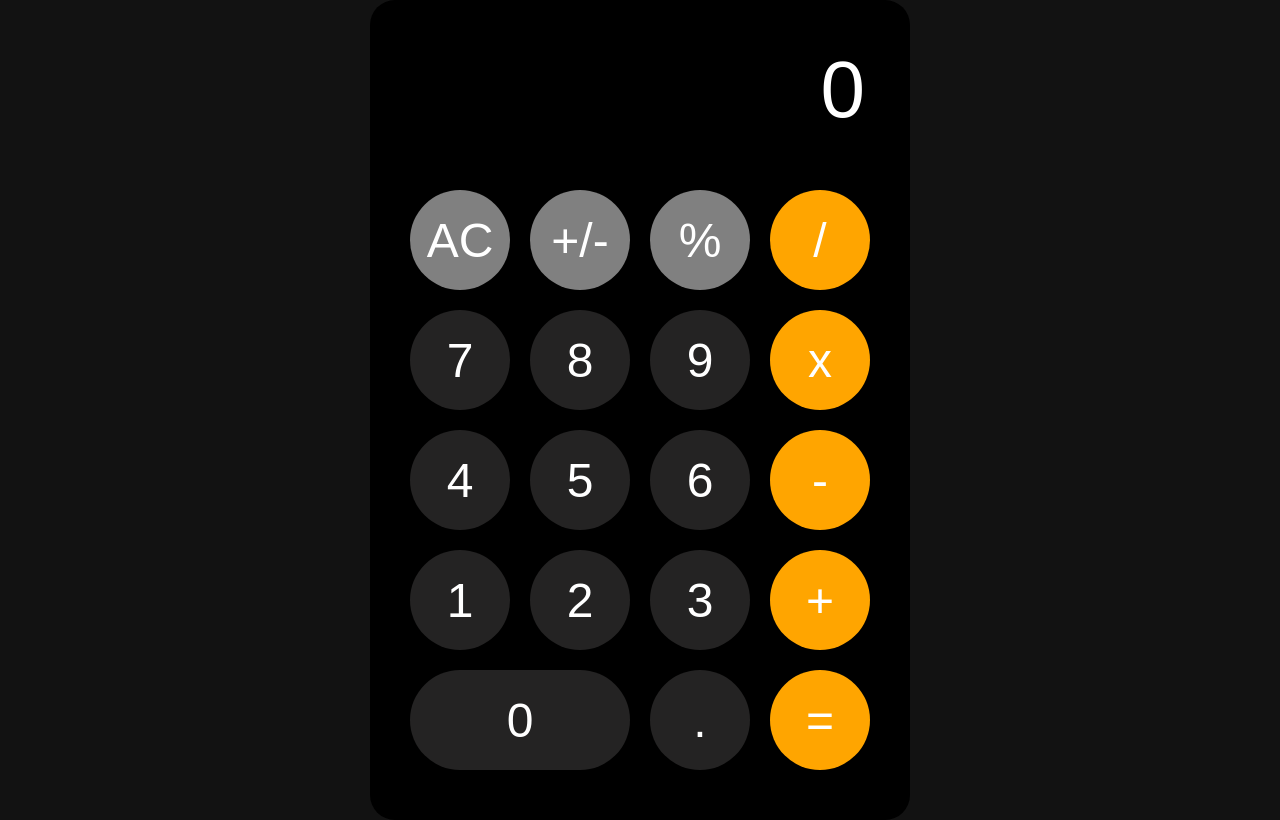
Repository: EguJaredoBoyd/IgHub
Page: mId-week-project/index.html
An editor plug-in stored every save of this project. The page is shown before and after the next save, followed by the edit.
The browser window is 1280 px wide. The pictures show the whole page.

Above is the page before, as saved 2025-03-01 21:37:46.

### mId-week-project/index.html
<!DOCTYPE html>
<html lang="en">
<head>
    <meta charset="UTF-8">
    <meta name="viewport" content="width=device-width, initial-scale=1.0">
    <title>Document</title>
    <link rel="stylesheet" href="./styles.css">
    <script src="./script-two.js" defer></script>
</head>
<body>

    <div id="calculator" >
        <input id="display" readonly>
        <div id="keys">
            <button onclick="clearDisplay()"class="signs">AC</button>
            <button onclick="appendToDisplay('+/-')" class="signs">+/-</button>
            <button onclick="appendToDisplay('%')" class="signs">%</button>
            <button onclick="appendToDisplay('/')" class="operator-btn">/</button>
            <button onclick="appendToDisplay('7')">7</button>
            <button onclick="appendToDisplay('8')">8</button>
            <button onclick="appendToDisplay('9')">9</button>
            <button onclick="appendToDisplay('*')"class="operator-btn">x</button>
            <button onclick="appendToDisplay('4')">4</button>
            <button onclick="appendToDisplay('5')">5</button>
            <button onclick="appendToDisplay('6')">6</button>
            <button onclick="appendToDisplay('-')"class="operator-btn">-</button>
            <button onclick="appendToDisplay('1')">1</button>
            <button onclick="appendToDisplay('2')">2</button>
            <button onclick="appendToDisplay('3')">3</button>
            <button onclick="appendToDisplay('+')"class="operator-btn">+</button>
            <button onclick="appendToDisplay('0')" class="zero">0</button>
            <button onclick="appendToDisplay('.')">.</button>
            <button onclick="calculate()"class="operator-btn">=</button>
        </div>
    </div>

</body>
</html>

### mId-week-project/styles.css
/* Base styles for all screen sizes */
body {
    margin: 0;
    padding: 0;
    display: flex;
    justify-content: center;
    align-items: center;
    min-height: 100vh;
    /* Ensures full viewport height */
    background-color: #121212;
    overflow: hidden;
    /* Prevents unwanted scrolling */
}

#calculator {
    display: flex;
    flex-direction: column;
    align-items: center;
    justify-content: space-between;
    max-width: 500px;
    width: 90%;
    padding: 20px;
    background-color: black;
    border-radius: 25px;
    overflow: hidden;
}

#display {
    width: 90%;
    height: 100px;
    /* Ensuring enough space */
    padding: 20px;
    font-size: 5rem;
    text-align: right;
    border: none;
    background-color: black;
    color: white;
}

/* Button Styling */
button {
    width: 100px;
    height: 100px;
    border: none;
    background-color: rgb(36, 35, 35);
    color: white;
    font-size: 3rem;
    font-weight: lighter;
    cursor: pointer;
    border-radius: 50%;
    /* Ensuring all buttons (except zero) stay circular */
}

#keys {
    display: grid;
    grid-template-columns: repeat(4, 1fr);
    gap: 20px;
    padding: 30px;
}

#keys button.zero {
    grid-column: 1 / span 2;
    width: 100%;
    border-radius: 50px;
}

/* Button Interaction */
button:hover {
    background-color: gray;
}

button:active {
    background-color: white;
}

/* Special button colors */
.operator-btn {
    background-color: orange;
}

.signs {
    background-color: gray;
}

/* Responsive Design: Scaling down properly for smaller screens */
@media (max-width: 768px) {
    button {
        width: 80px;
        height: 80px;
        font-size: 2.5rem;
    }

    #calculator {
        max-width: 400px;
        padding: 15px;
    }

    #display {
        font-size: 4rem;
        padding: 20px;
        height: 80px;
        /* Adjust display size for smaller screens */
    }
}

@media (max-width: 480px) {
    button {
        width: 60px;
        height: 60px;
        font-size: 2rem;
    }

    #keys {
        gap: 10px;
    }

    #display {
        font-size: 3rem;
        padding: 15px;
        height: 70px;
        /* Adjust display size for mobile */
    }

    #calculator {
        width: 95%;
        padding: 10px;
    }
}

### mId-week-project/script-two.js
let display = document.getElementById("display");
let currentInput = "";
let operator = "";
let firstOperand = null;

function appendToDisplay(value) {
    if (value === "+/-") {
        currentInput = currentInput ? String(-parseFloat(currentInput)) : "";
    } else if (value === "%") {
        currentInput = currentInput ? String(parseFloat(currentInput) / 100) : "";
    } else if (["+", "-", "*", "/"].includes(value)) {
        if (firstOperand === null) {
            firstOperand = parseFloat(currentInput);
            operator = value;
            currentInput = "";
        } else if (currentInput !== "") {
            calculate();
            operator = value;
        }
    } else {
        currentInput += value;
    }
    updateDisplay();
}

function updateDisplay() {
    display.value = currentInput || firstOperand || "0";
}

function clearDisplay() {
    currentInput = "";
    operator = "";
    firstOperand = null;
    updateDisplay();
}

function calculate() {
    if (firstOperand !== null && operator && currentInput !== "") {
        let secondOperand = parseFloat(currentInput);
        switch (operator) {
            case "+":
                firstOperand += secondOperand;
                break;
            case "-":
                firstOperand -= secondOperand;
                break;
            case "*":
                firstOperand *= secondOperand;
                break;
            case "/":
                firstOperand = secondOperand !== 0 ? firstOperand / secondOperand : "Error";
                break;
        }
        currentInput = "";
        operator = "";
        updateDisplay();
    }
}

// Initialize display
updateDisplay();

After the next save:
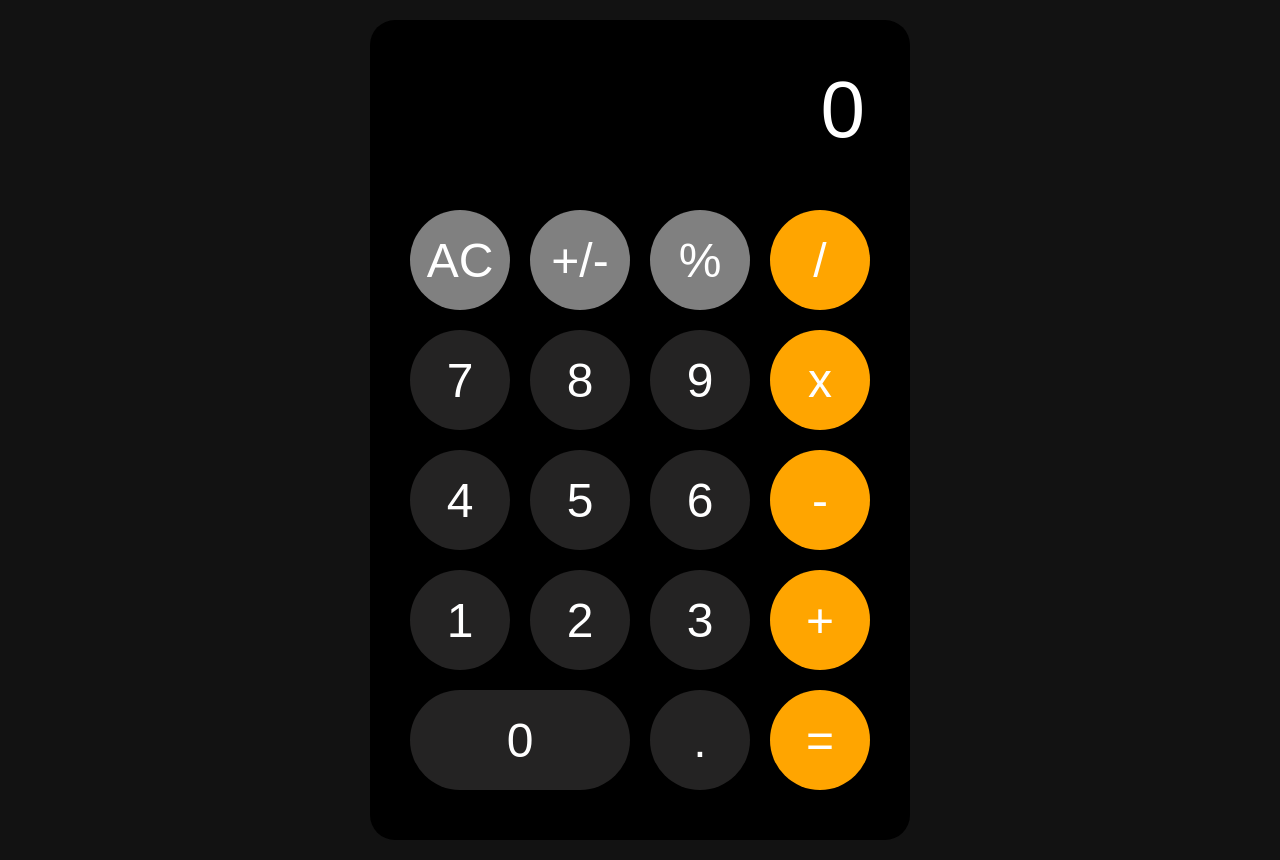
Saved 111 s later.
--- a/mId-week-project/styles.css
+++ b/mId-week-project/styles.css
@@ -8,10 +8,11 @@ body {
     min-height: 100vh;
     /* Ensures full viewport height */
     background-color: #121212;
-    overflow: hidden;
-    /* Prevents unwanted scrolling */
+    overflow: auto;
+    /* Allows scrolling if needed */
 }
 
+/* Ensures content is properly centered and scrollable */
 #calculator {
     display: flex;
     flex-direction: column;
@@ -23,6 +24,8 @@ body {
     background-color: black;
     border-radius: 25px;
     overflow: hidden;
+    margin: 20px 0;
+    /* Prevents it from sticking to the top */
 }
 
 #display {
